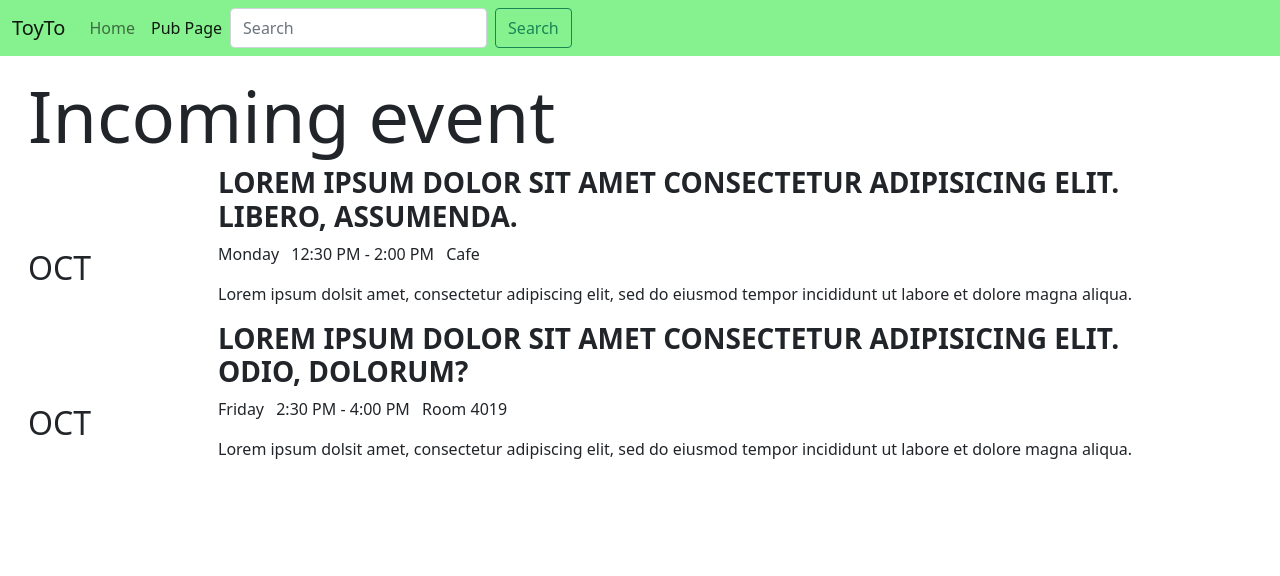
Repository: Omistusama/creer-un-site-html-css-bootstrap
Page: pub.html
These files come from the project's save history. The page is drawn as it stood at one moment and after the next save; the edit follows.
The browser window is 1280 px wide. The pictures show the whole page.
Some web libraries are served in a nearby version.

Above is the page before, as saved 2021-02-28 08:59:33.

### pub.html
<!DOCTYPE html>
<!--
    Page web créé dans le cadre de l'évaluation du 23/02/2021
    Auteur : Assia LATTI
    Email : lattiassia@gmail.com
-->
<html lang="fr">
    <head><meta charset="UTF-8">
        <meta charset="UTF-8"><meta name="author" content="Assia LATTI">
        <meta name="description" content="Découvrez en quoi vos anciens jouets ont été transformés !">
        <meta name="viewport" content="width=device-width, initial-scale=1.0">
        <link href="https://cdn.jsdelivr.net/npm/bootstrap@5.0.0-beta2/dist/css/bootstrap.min.css" rel="stylesheet" integrity="sha384-BmbxuPwQa2lc/FVzBcNJ7UAyJxM6wuqIj61tLrc4wSX0szH/Ev+nYRRuWlolflfl" crossorigin="anonymous">
        <script src="https://cdn.jsdelivr.net/npm/bootstrap@5.0.0-beta2/dist/js/bootstrap.bundle.min.js" integrity="sha384-b5kHyXgcpbZJO/tY9Ul7kGkf1S0CWuKcCD38l8YkeH8z8QjE0GmW1gYU5S9FOnJ0" crossorigin="anonymous"></script>
        <script src="https://cdn.jsdelivr.net/npm/@popperjs/core@2.6.0/dist/umd/popper.min.js" integrity="sha384-KsvD1yqQ1/1+IA7gi3P0tyJcT3vR+NdBTt13hSJ2lnve8agRGXTTyNaBYmCR/Nwi" crossorigin="anonymous"></script>
        <script src="https://cdn.jsdelivr.net/npm/bootstrap@5.0.0-beta2/dist/js/bootstrap.min.js" integrity="sha384-nsg8ua9HAw1y0W1btsyWgBklPnCUAFLuTMS2G72MMONqmOymq585AcH49TLBQObG" crossorigin="anonymous"></script>
        <script src="//code.jquery.com/jquery-1.11.1.min.js"></script>
        <link href="pubpagestyles.css" rel="stylesheet" >
        <title>ToyTo - Quand vos Jouets se transforment </title>
    </head>
    <body>
        <header>
            <nav class="navbar navbar-expand-lg navbar-light " style="background-color: #86f18f;">
                <div class="container-fluid">
                  <a class="navbar-brand" href="#">ToyTo</a>
                  <button class="navbar-toggler" type="button" data-bs-toggle="collapse" data-bs-target="#navbarSupportedContent" aria-controls="navbarSupportedContent" aria-expanded="false" aria-label="Toggle navigation">
                    <span class="navbar-toggler-icon"></span>
                  </button>
                  <div class="collapse navbar-collapse" id="navbarSupportedContent">
                    <ul class="navbar-nav me-auto mb-2 mb-lg-0">
                      <li class="nav-item">
                        <a class="nav-link" aria-current="page" href="#">Home</a>
                      </li>
                      <li class="nav-item">
                        <a class="nav-link active" href="#">Pub Page</a>
                      </li>
                    <form class="d-flex">
                      <input class="form-control me-2" type="search" placeholder="Search" aria-label="Search">
                      <button class="btn btn-outline-success" type="submit">Search</button>
                    </form>
                  </div>
                </div>
              </nav>
        </header>
        <div class="container m-3">
            <h1 class="display-2">Incoming event</h1>
            <div class="row row-striped">
                <div class="col-2 text-right">
                    <h1 class="display-4"><span class="badge badge-secondary">23</span></h1>
                    <h2>OCT</h2>
                </div>
                <div class="col-10">
                    <h3 class="text-uppercase"><strong>Lorem ipsum dolor sit amet consectetur adipisicing elit. Libero, assumenda.</strong></h3>
                    <ul class="list-inline">
                        <li class="list-inline-item"><i class="fa fa-calendar-o" aria-hidden="true"></i> Monday</li>
                        <li class="list-inline-item"><i class="fa fa-clock-o" aria-hidden="true"></i> 12:30 PM - 2:00 PM</li>
                        <li class="list-inline-item"><i class="fa fa-location-arrow" aria-hidden="true"></i> Cafe</li>
                    </ul>
                    <p>Lorem ipsum dolsit amet, consectetur adipiscing elit, sed do eiusmod tempor incididunt ut labore et dolore magna aliqua.</p>
                </div>
            </div>
            <div class="row row-striped">
                <div class="col-2 text-right">
                    <h1 class="display-4"><span class="badge badge-secondary text-black">27</span></h1>
                    <h2>OCT</h2>
                </div>
                <div class="col-10">
                    <h3 class="text-uppercase"><strong>Lorem ipsum dolor sit amet consectetur adipisicing elit. Odio, dolorum?</strong></h3>
                    <ul class="list-inline">
                        <li class="list-inline-item"><i class="fa fa-calendar-o" aria-hidden="true"></i> Friday</li>
                        <li class="list-inline-item"><i class="fa fa-clock-o" aria-hidden="true"></i> 2:30 PM - 4:00 PM</li>
                        <li class="list-inline-item"><i class="fa fa-location-arrow" aria-hidden="true"></i> Room 4019</li>
                    </ul>
                    <p>Lorem ipsum dolsit amet, consectetur adipiscing elit, sed do eiusmod tempor incididunt ut labore et dolore magna aliqua.</p>
                </div>
            </div>
        </div>
    </body>
</html>

### pubpagestyles.css
body{
    margin: 0px ;
    padding:16px auto;
    max-width:1368px; /*1200 - 16*2 */
  }

After the next save:
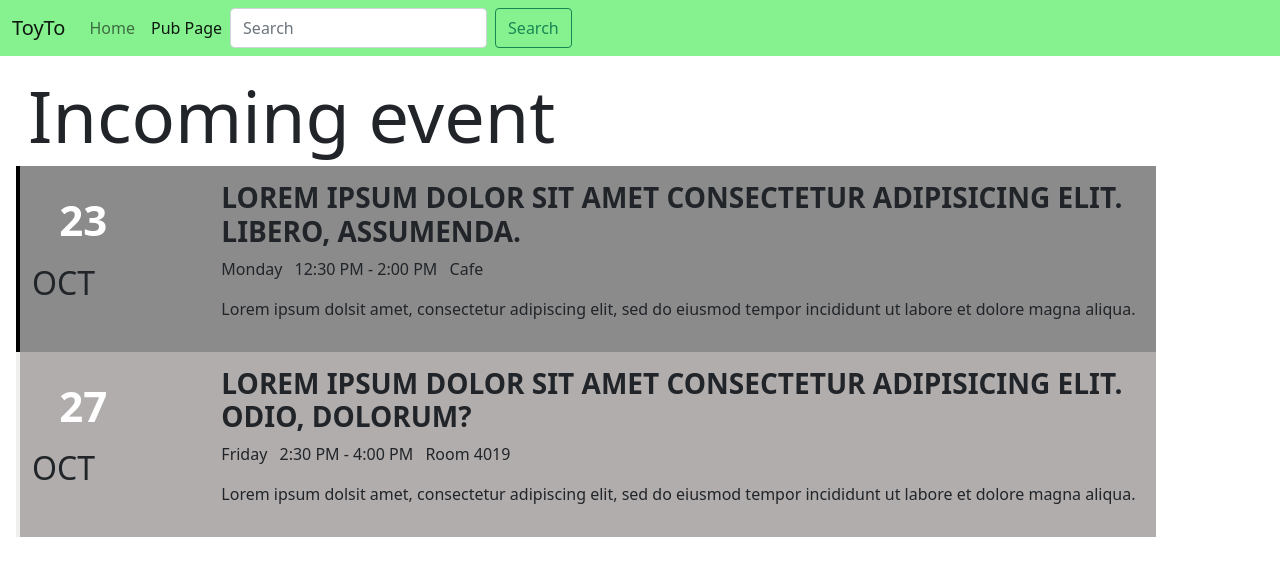
Saved 27 s later.
--- a/pubpagestyles.css
+++ b/pubpagestyles.css
@@ -3,3 +3,17 @@ body{
     padding:16px auto;
     max-width:1368px; /*1200 - 16*2 */
   }
+
+  .row-striped:nth-of-type(odd){
+    background-color: #8b8b8b;
+    border-left: 4px #000000 solid;
+  }
+
+  .row-striped:nth-of-type(even){
+    background-color: #b1adad;
+    border-left: 4px #efefef solid;
+  }
+
+  .row-striped {
+      padding: 15px 0;
+  }
